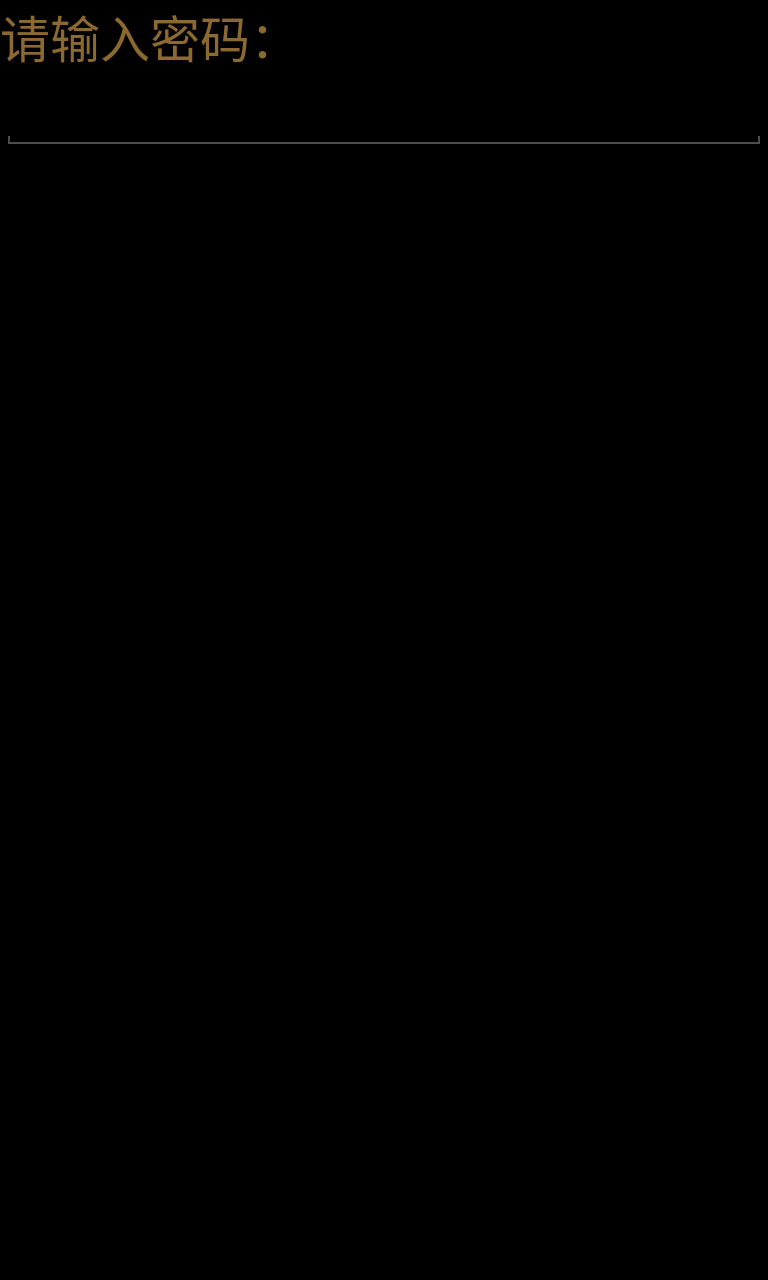
Repository: GuangmingChan/DevelopAndroidApp
Layout: demoButton/res/layout/main.xml
An editor plug-in stored every save of this project. The layout is shown before and after the next save, followed by the edit.
It is drawn on a 768 x 1280 px phone screen (xhdpi) without system bars, with theme android:Theme.Holo; the app's code is not run.

Above is the layout before, as saved 2017-03-09 14:41:36.

After the next save:
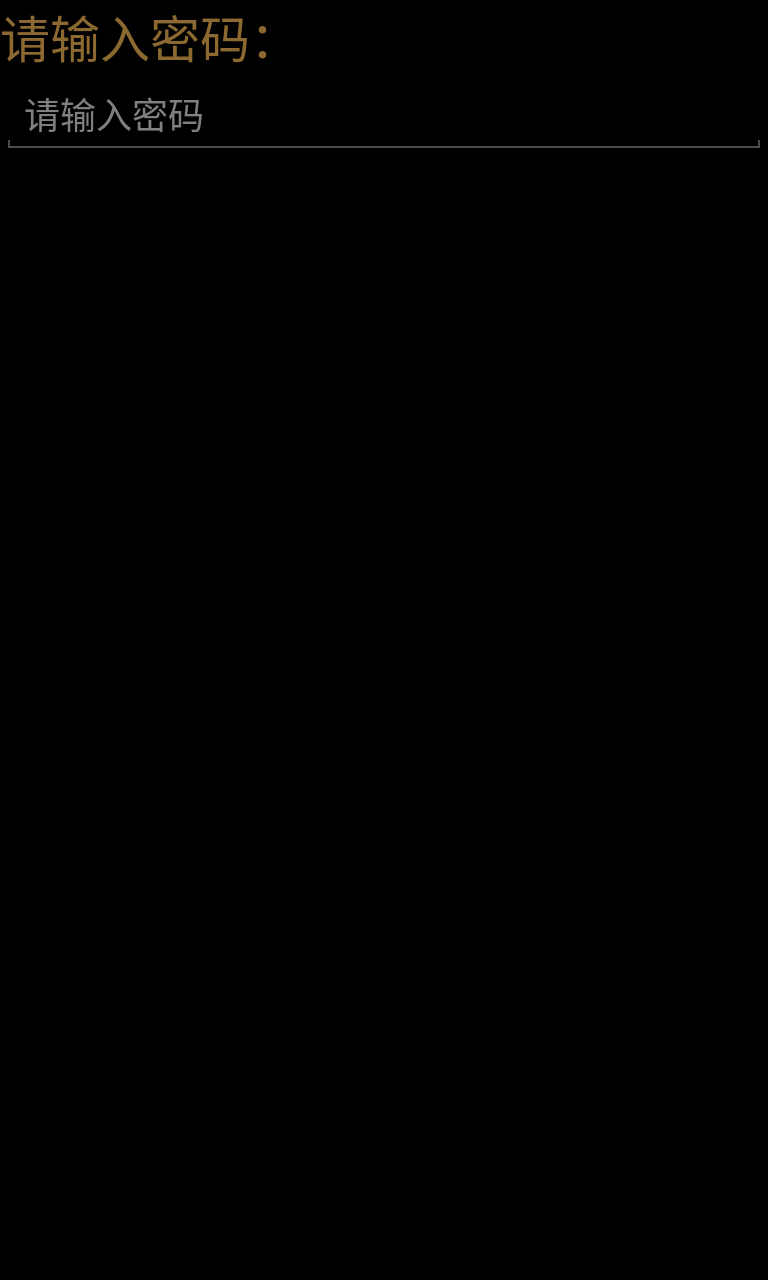
Saved 13 s later.
--- a/demoButton/res/layout/main.xml
+++ b/demoButton/res/layout/main.xml
@@ -16,7 +16,7 @@
         android:id="@+id/edpwd"
         android:layout_width="fill_parent"
         android:layout_height="wrap_content"
-		android:hintk="请输入密码"
+		android:hint="请输入密码"
         android:layout_below="@id/tvlogin" />
 
 </RelativeLayout>
